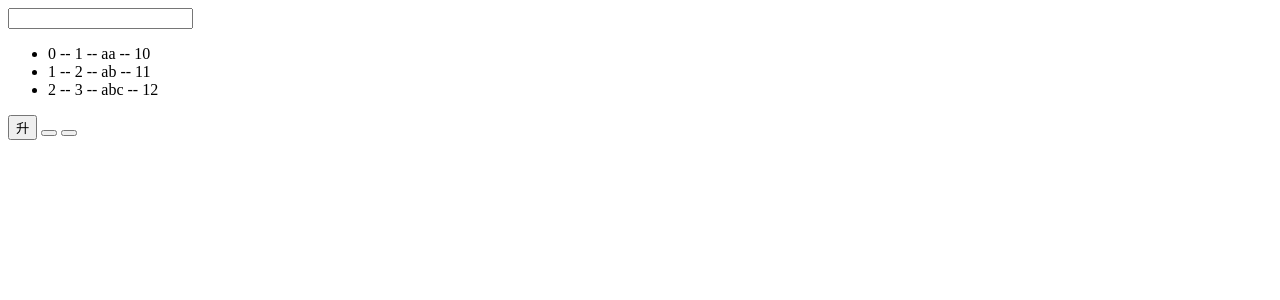
Repository: CodeHuai/vue_note
Page: 练习/index.html
These files come from the project's save history. The page is drawn as it stood at one moment and after the next save; the edit follows.
The browser window is 1280 px wide. The pictures show the whole page.

Above is the page before, as saved 2021-07-06 18:39:49.

### 练习/index.html
<!DOCTYPE html>
<html lang="en">

<head>
    <meta charset="UTF-8">
    <meta http-equiv="X-UA-Compatible" content="IE=edge">
    <meta name="viewport" content="width=device-width, initial-scale=1.0">
    <title>Document</title>
    <link rel="shortcut icon" href="../../logo.svg" type="image/x-icon">
</head>

<body>
    <div id="app">
        <input type="text" name="" v-model='info' id="">
        <ul>
            <li v-for='(item, index) in result' :key="item.id">
                {{index}} -- {{item.id}} -- {{item.name}} -- {{item.age}}
            </li>
        </ul>
        <button @click='result(1)'>升</button>
        <button @click='result(2)'></button>
        <button @click='result(0)'></button>
    </div>
    <script src="../js/vue.js"></script>
    <script>
        const app = new Vue({
            el: ' #app',
            data: {
                info: '',
                searchType: 0, // 0 -- 原序排序； 1 -- 升序排序； 2 -- 降序排序
                persons: [{
                        id: 1,
                        name: 'aa',
                        age: 10
                    }, {
                        id: 2,
                        name: 'ab',
                        age: 11
                    },
                    {
                        id: 3,
                        name: 'abc',
                        age: 12
                    }
                ]
            },
            computed: {
                result(flag) {
                    const {
                        info,
                        persons
                    } = this;

                    const arr = persons.filter(item => {
                        return item.name.includes(info);
                    });


                    arr.sort((a, b) => {
                        if (flag !== 0) {
                            if (flag == 1) {
                                return a.age - b.age;
                            } else if (flag == 2) {
                                return b.age - a.age;
                            }
                        }
                    });

                    return arr;
                }
            }
        });
    </script>
</body>

</html>

Loaded but not shown: js/vue.js (library)

After the next save:
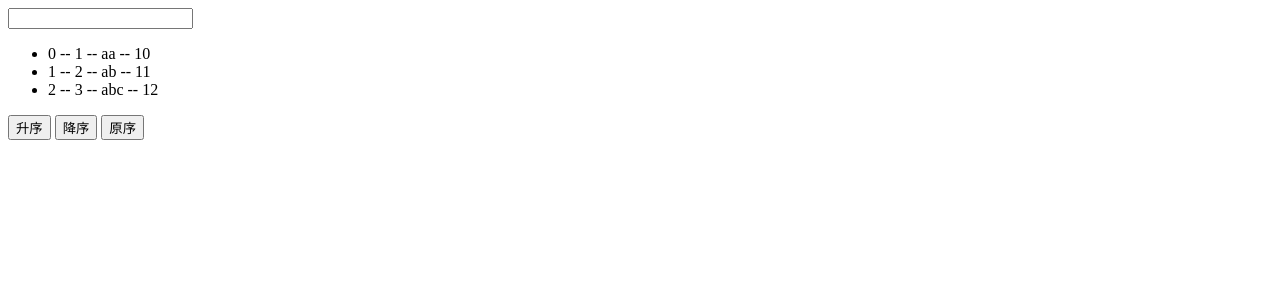
Saved 13 min 14 s later.
--- a/练习/index.html
+++ b/练习/index.html
@@ -17,9 +17,9 @@
                 {{index}} -- {{item.id}} -- {{item.name}} -- {{item.age}}
             </li>
         </ul>
-        <button @click='result(1)'>升</button>
-        <button @click='result(2)'></button>
-        <button @click='result(0)'></button>
+        <button @click='result(1)'>升序</button>
+        <button @click='result(2)'>降序</button>
+        <button @click='result(0)'>原序</button>
     </div>
     <script src="../js/vue.js"></script>
     <script>
